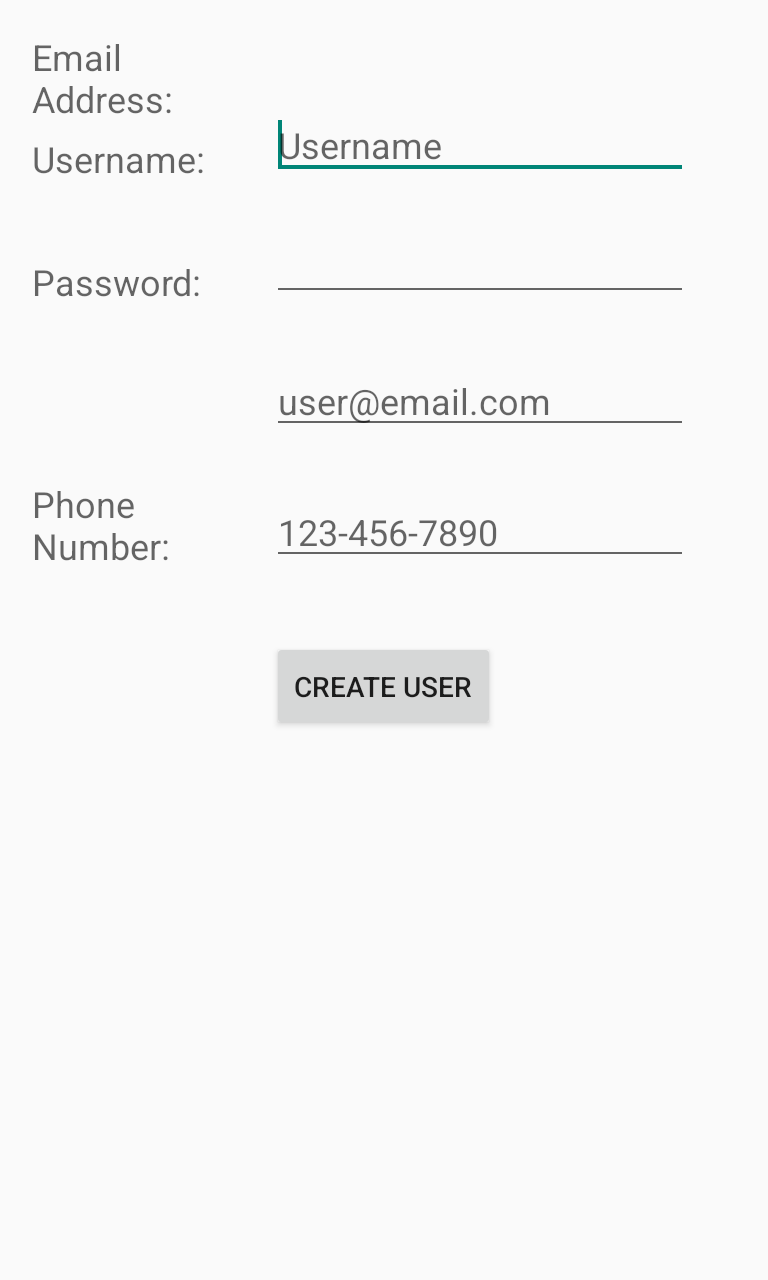
Repository: Sagarsaurus/Ecco
Layout: Ecco/res/layout/activity_create_user.xml
The author's editor kept a copy of each file at every save. The layout is drawn from the files as they stood at one save, then again after the next save.
It is drawn on a 768 x 1280 px phone screen (xhdpi) without system bars, with theme AppTheme; the app's code is not run.

Above is the layout before, as saved 2014-11-16 20:47:55.

### Ecco/res/layout/activity_create_user.xml
<RelativeLayout xmlns:android="http://schemas.android.com/apk/res/android"
    xmlns:tools="http://schemas.android.com/tools"
    android:layout_width="match_parent"
    android:layout_height="match_parent"
    android:paddingBottom="@dimen/activity_vertical_margin"
    android:paddingLeft="@dimen/activity_horizontal_margin"
    android:paddingRight="@dimen/activity_horizontal_margin"
    android:paddingTop="@dimen/activity_vertical_margin"
    tools:context="com.application.ecco.CreateUserActivity" >

    <EditText
        android:id="@+id/username"
        android:layout_width="wrap_content"
        android:layout_height="wrap_content"
        android:layout_alignLeft="@+id/button1"
        android:layout_alignParentTop="true"
        android:layout_marginTop="34dp"
        android:ems="10"
        android:hint="@string/Username" >

        <requestFocus />
    </EditText>

    <EditText
        android:id="@+id/password"
        android:layout_width="wrap_content"
        android:layout_height="wrap_content"
        android:layout_alignLeft="@+id/username"
        android:layout_below="@+id/username"
        android:layout_marginTop="20dp"
        android:ems="10"
        android:inputType="textPassword" />

    <EditText
        android:id="@+id/email"
        android:layout_width="wrap_content"
        android:layout_height="wrap_content"
        android:layout_alignLeft="@+id/username"
        android:layout_below="@+id/password"
        android:layout_marginTop="25dp"
        android:ems="10"
        android:hint="@string/emailhint"
        android:inputType="textEmailAddress" />

    <EditText
        android:id="@+id/phone"
        android:layout_width="wrap_content"
        android:layout_height="wrap_content"
        android:layout_alignLeft="@+id/password"
        android:layout_below="@+id/email"
        android:layout_marginTop="24dp"
        android:ems="10"
        android:hint="@string/phonehint"
        android:inputType="phone"/>

    <Button
        android:id="@+id/button1"
        android:onClick="postAndCreateUser"
        android:layout_width="wrap_content"
        android:layout_height="wrap_content"
        android:layout_below="@+id/phone"
        android:layout_centerHorizontal="true"
        android:layout_marginTop="34dp"
        android:text="@string/createUser" />

    <TextView
        android:id="@+id/textView1"
        android:layout_width="wrap_content"
        android:layout_height="wrap_content"
        android:layout_above="@+id/password"
        android:layout_alignParentLeft="true"
        android:text="Username:"
        android:textAppearance="?android:attr/textAppearanceMedium" />

    <TextView
        android:id="@+id/TextView01"
        android:layout_width="wrap_content"
        android:layout_height="wrap_content"
        android:layout_alignBottom="@+id/password"
        android:layout_alignLeft="@+id/textView1"
        android:text="Password:"
        android:textAppearance="?android:attr/textAppearanceMedium" />

    <TextView
        android:id="@+id/TextView03"
        android:layout_width="wrap_content"
        android:layout_height="wrap_content"
        android:layout_alignBottom="@+id/phone"
        android:layout_toLeftOf="@+id/phone"
        android:text="Phone Number:"
        android:textAppearance="?android:attr/textAppearanceMedium" />

    <TextView
        android:id="@+id/TextView02"
        android:layout_width="wrap_content"
        android:layout_height="wrap_content"
        android:layout_alignBaseline="@+id/editText3"
        android:layout_alignBottom="@+id/editText3"
        android:layout_alignRight="@+id/TextView03"
        android:text="Email Address:"
        android:textAppearance="?android:attr/textAppearanceMedium" />

</RelativeLayout>

### Ecco/res/values/strings.xml
<?xml version="1.0" encoding="utf-8"?>
<resources>

    <string name="app_name">Ecco</string>
    <string name="hello_world">Hello world!</string>
    <string name="action_settings">Settings</string>
    <string name="Username">Username</string>
    <string name="Password">Password</string>
    <string name="Login">Login</string>
    <string name="createUser">Create User</string>
    <string name="title_activity_home">HomeActivity</string>
    <string name="title_section1">Section 1</string>
    <string name="title_section2">Section 2</string>
    <string name="title_section3">Section 3</string>
    <string name="navigation_drawer_open">Open navigation drawer</string>
    <string name="navigation_drawer_close">Close navigation drawer</string>
    <string name="action_example">Example action</string>
    <string name="title_activity_create_user">CreateUserActivity</string>
    <string name="Email">Email</string>
    <string name="Phone">Phone</string>
    <string name="emailhint">user@email.com</string>
    <string name="phonehint">123-456-7890</string>

</resources>

Loaded but not shown: Ecco/res/values/styles.xml (common file); Ecco/res/values-v11/styles.xml (common file); Ecco/res/values-v14/styles.xml (common file); Ecco/res/values/dimens.xml (common file); Ecco/res/values-w820dp/dimens.xml (common file)

After the next save:
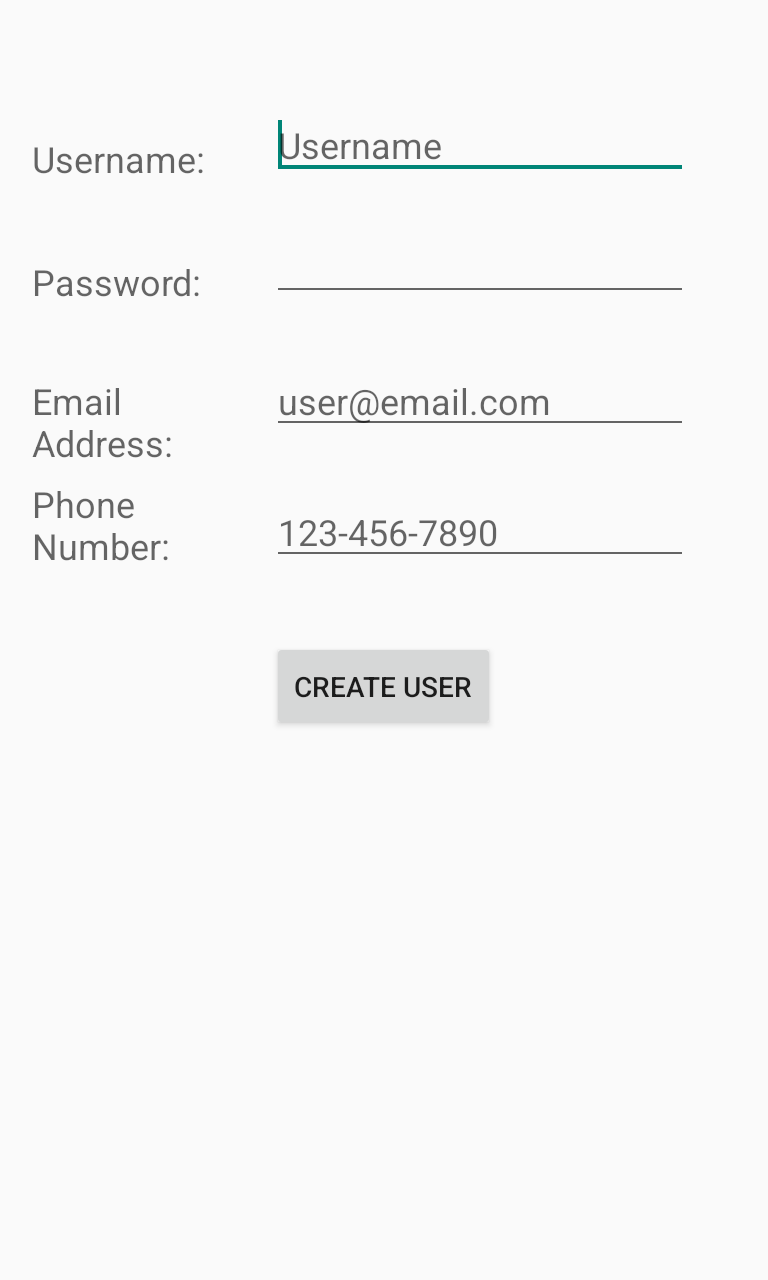
Saved 12 s later.
--- a/Ecco/res/layout/activity_create_user.xml
+++ b/Ecco/res/layout/activity_create_user.xml
@@ -94,8 +94,8 @@
         android:id="@+id/TextView02"
         android:layout_width="wrap_content"
         android:layout_height="wrap_content"
-        android:layout_alignBaseline="@+id/editText3"
-        android:layout_alignBottom="@+id/editText3"
+        android:layout_alignBaseline="@+id/email"
+        android:layout_alignBottom="@+id/email"
         android:layout_alignRight="@+id/TextView03"
         android:text="Email Address:"
         android:textAppearance="?android:attr/textAppearanceMedium" />
